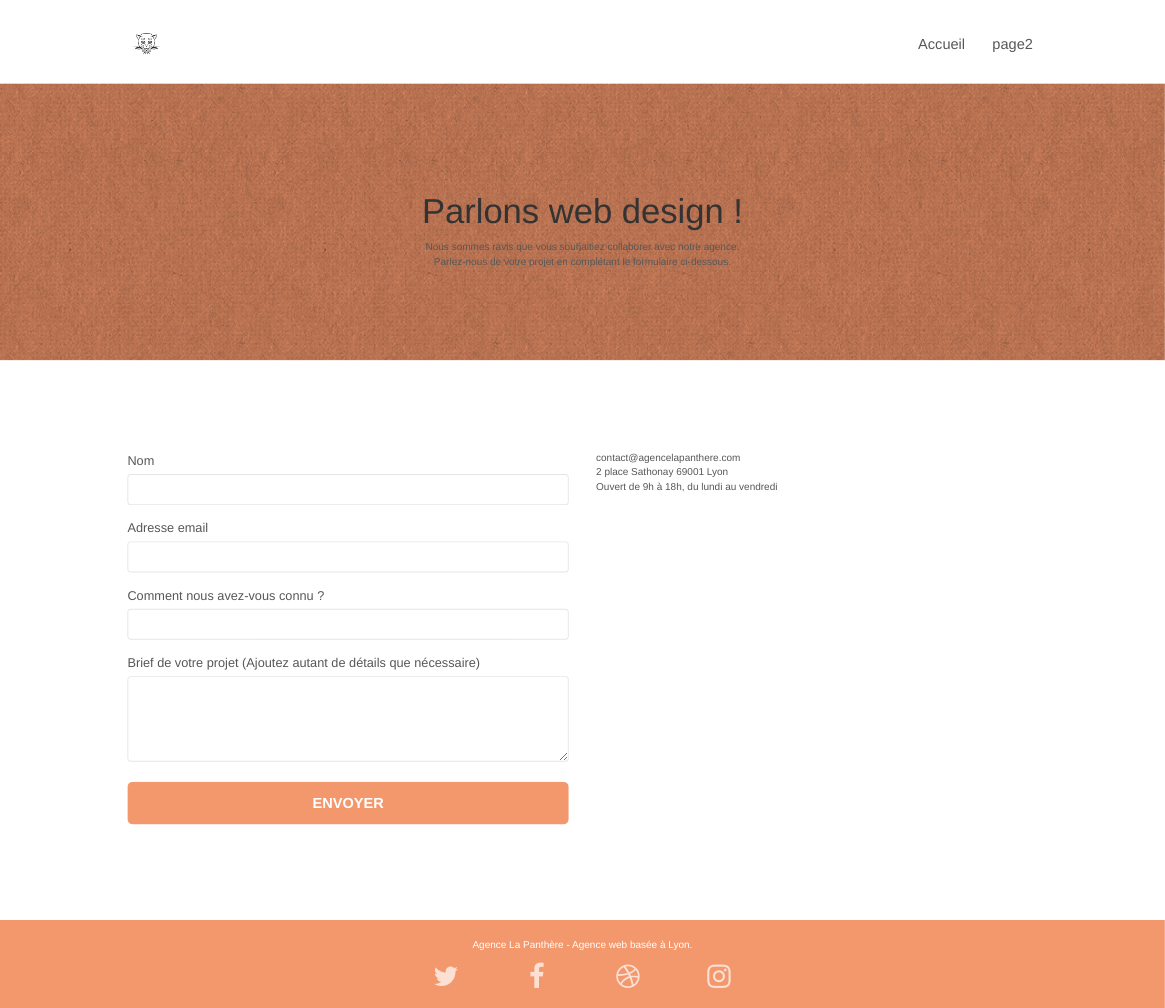
Repository: EtudianteHU/Uyarci_Hilal_4_code_012023
Page: contact.html
The author's editor kept a copy of each file at every save. The page is drawn from the files as they stood at one save, then again after the next save.
The browser window is 1280 px wide. The pictures show the whole page, at 91% of full size.

Above is the page before, as saved 2023-02-25 17:16:57.

### contact.html
<!DOCTYPE html>
<html lang="fr">
    <head>
        <meta charset="utf-8" />
        <meta name="keywords" content="" />
        <meta name="description" content="" />
        <meta
            name="viewport"
            content="width=device-width, initial-scale=1.0, viewport-fit=cover"
        />
        <link rel="shortcut icon" type="image/png" href="favicon.webp" />

        <link rel="stylesheet" type="text/css" href="./css/bootstrap.css" />
        <link rel="stylesheet" type="text/css" href="style.css" />
        <link rel="stylesheet" type="text/css" href="./css/font-awesome.css" />
        <link rel="stylesheet" type="text/css" href="./css/et-line.css" />

        <script src="./js/jquery-2.1.0.js"></script>
        <script src="./js/bootstrap.js"></script>
        <script src="./js/blocs.js"></script>
        <script src="./js/jqBootstrapValidation.js"></script>
        <script src="./js/formHandler.js"></script>
        <title>Contact - Agence la Panthère</title>

        <!-- Analytics -->

        <!-- Analytics END -->
    </head>
    <body>
        <!-- Principal conteneur -->
        <main class="page-container">
            <!-- bloc-0 -->
            <header class="bloc bgc-white l-bloc" id="bloc-0">
                <div class="container bloc-sm">
                    <nav class="navbar row">
                        <div class="navbar-header">
                            <a class="navbar-brand" href="index.html" title=""
                                ><img
                                    src="img/logo.webp"
                                    alt="atlanta web design logo"
                                    height="40"
                            /></a>
                            <button
                                id="nav-toggle"
                                type="button"
                                class="ui-navbar-toggle navbar-toggle"
                                data-toggle="collapse"
                                data-target=".navbar-1"
                                aria-pressed="true"
                            >
                                <span class="sr-only">Toggle navigation</span
                                ><span class="icon-bar"></span
                                ><span class="icon-bar"></span
                                ><span class="icon-bar"></span>
                            </button>
                        </div>
                        <div
                            class="collapse navbar-collapse navbar-1 special-dropdown-nav"
                        >
                            <ul class="site-navigation nav navbar-nav">
                                <li>
                                    <a href="index.html" title="">Accueil</a>
                                </li>
                                <li>
                                    <a href="contact.html" title="">page2</a>
                                </li>
                            </ul>
                        </div>
                    </nav>
                </div>
            </header>
            <!-- bloc-0 END -->

            <!-- bloc-6 -->
            <div
                class="bloc bg-dots-bg bg-repeat bgc-atomic-tangerine d-bloc bloc-bg-texture texture-paper"
                id="bloc-6"
            >
                <div class="container bloc-lg">
                    <div class="row">
                        <div class="col-sm-12">
                            <h1 class="text-center hero-bloc-text tc-black">
                                Parlons web design !
                            </h1>
                            <p
                                class="text-center mg-lg tc-black tight-width-whitespace"
                            >
                                Nous sommes ravis que vous souhaitiez collaborer
                                avec notre agence.<br />
                                Parlez-nous de votre projet en complétant le
                                formulaire ci-dessous.
                            </p>
                        </div>
                    </div>
                </div>
            </div>
            <!-- bloc-6 END -->

            <!-- bloc-7 -->
            <div class="bloc bgc-white l-bloc" id="bloc-7">
                <div class="container bloc-lg">
                    <div class="row">
                        <div class="col-sm-6">
                            <form
                                id="form_1"
                                target="Your message has been sent."
                                class="Sorry it seems that our mail server is not responding ,Sorry for the inconvenience!"
                            >
                                <div class="form-group">
                                    <label for="name"> Nom </label>
                                    <input
                                        id="name"
                                        class="form-control"
                                        required
                                    />
                                </div>
                                <div class="form-group">
                                    <label for="email"> Adresse email </label>
                                    <input
                                        id="email"
                                        class="form-control"
                                        type="email"
                                        required
                                    />
                                </div>
                                <div class="form-group">
                                    <label for="input_504">
                                        Comment nous avez-vous connu ?
                                    </label>
                                    <input
                                        class="form-control"
                                        type="email"
                                        required
                                        id="input_504"
                                    />
                                </div>
                                <div class="form-group">
                                    <label for="message">
                                        Brief de votre projet (Ajoutez autant de
                                        détails que nécessaire)<br /> </label
                                    ><textarea
                                        id="message"
                                        class="form-control"
                                        rows="4"
                                        cols="50"
                                        required
                                    ></textarea>
                                </div>
                                <button
                                    class="bloc-button btn btn-lg btn-block cta-hero btn-atomic-tangerine"
                                    type="submit"
                                >
                                    Envoyer
                                </button>
                            </form>
                        </div>
                        <div class="col-sm-6">
                            <p>
                                contact@agencelapanthere.com<br />2 place
                                Sathonay 69001 Lyon<br />Ouvert de 9h à 18h, du
                                lundi au vendredi<br />
                            </p>
                        </div>
                    </div>
                </div>
            </div>
            <!-- bloc-7 END -->

            <!-- ScrollToTop Button -->
            <a
                class="bloc-button btn btn-d scrollToTop"
                onclick="scrollToTarget('1')"
                title=""
                ><span class="fa fa-chevron-up"></span
            ></a>

            <!-- ScrollToTop Button END-->

            <!-- Footer - bloc-8 -->
            <footer class="bloc bgc-atomic-tangerine d-bloc" id="bloc-8">
                <div class="container bloc-sm">
                    <div class="row">
                        <div class="col-sm-12">
                            <p class="text-center white">
                                Agence La Panthère - Agence web basée à Lyon.<br />
                            </p>
                            <div class="row row-no-gutters social">
                                <div class="col-sm-3">
                                    <div class="text-center">
                                        <span
                                            class="fa fa-twitter icon-md"
                                        ></span>
                                    </div>
                                </div>
                                <div class="col-sm-3">
                                    <div class="text-center">
                                        <span
                                            class="fa fa-facebook icon-md"
                                        ></span>
                                    </div>
                                </div>
                                <div class="col-sm-3">
                                    <div class="text-center">
                                        <span
                                            class="fa fa-dribbble icon-md"
                                        ></span>
                                    </div>
                                </div>
                                <div class="col-sm-3">
                                    <div class="text-center">
                                        <span
                                            class="fa fa-instagram icon-md"
                                        ></span>
                                    </div>
                                </div>
                            </div>
                        </div>
                    </div>
                </div>
            </footer>
            <!-- Footer - bloc-8 END -->
        </main>
        <!-- Principal conteneur END -->
    </body>
</html>

### css/et-line.css
@font-face {
    font-family: et-line;
    src: url(../fonts/et-line.eot);
    src: url(../fonts/et-line.eot?#iefix) format('embedded-opentype'), url(../fonts/et-line.woff) format('woff'), url(../fonts/et-line.ttf) format('truetype'), url(../fonts/et-line.svg#et-line) format('svg');
    font-weight: 400;
    font-style: normal
}

.et-icon-adjustments,
.et-icon-alarmclock,
.et-icon-anchor,
.et-icon-aperture,
.et-icon-attachment,
.et-icon-bargraph,
.et-icon-basket,
.et-icon-beaker,
.et-icon-bike,
.et-icon-book-open,
.et-icon-briefcase,
.et-icon-browser,
.et-icon-calendar,
.et-icon-camera,
.et-icon-caution,
.et-icon-chat,
.et-icon-circle-compass,
.et-icon-clipboard,
.et-icon-clock,
.et-icon-cloud,
.et-icon-compass,
.et-icon-desktop,
.et-icon-dial,
.et-icon-document,
.et-icon-documents,
.et-icon-download,
.et-icon-dribbble,
.et-icon-edit,
.et-icon-envelope,
.et-icon-expand,
.et-icon-facebook,
.et-icon-flag,
.et-icon-focus,
.et-icon-gears,
.et-icon-genius,
.et-icon-gift,
.et-icon-global,
.et-icon-globe,
.et-icon-googleplus,
.et-icon-grid,
.et-icon-happy,
.et-icon-hazardous,
.et-icon-heart,
.et-icon-hotairballoon,
.et-icon-hourglass,
.et-icon-key,
.et-icon-laptop,
.et-icon-layers,
.et-icon-lifesaver,
.et-icon-lightbulb,
.et-icon-linegraph,
.et-icon-linkedin,
.et-icon-lock,
.et-icon-magnifying-glass,
.et-icon-map,
.et-icon-map-pin,
.et-icon-megaphone,
.et-icon-mic,
.et-icon-mobile,
.et-icon-newspaper,
.et-icon-notebook,
.et-icon-paintbrush,
.et-icon-paperclip,
.et-icon-pencil,
.et-icon-phone,
.et-icon-picture,
.et-icon-pictures,
.et-icon-piechart,
.et-icon-presentation,
.et-icon-pricetags,
.et-icon-printer,
.et-icon-profile-female,
.et-icon-profile-male,
.et-icon-puzzle,
.et-icon-quote,
.et-icon-recycle,
.et-icon-refresh,
.et-icon-ribbon,
.et-icon-rss,
.et-icon-sad,
.et-icon-scissors,
.et-icon-scope,
.et-icon-search,
.et-icon-shield,
.et-icon-speedometer,
.et-icon-strategy,
.et-icon-streetsign,
.et-icon-tablet,
.et-icon-target,
.et-icon-telescope,
.et-icon-toolbox,
.et-icon-tools,
.et-icon-tools-2,
.et-icon-trophy,
.et-icon-tumblr,
.et-icon-twitter,
.et-icon-upload,
.et-icon-video,
.et-icon-wallet,
.et-icon-wine {
    font-family: et-line;
    speak: none;
    font-style: normal;
    font-weight: 400;
    font-variant: normal;
    text-transform: none;
    line-height: 1;
    -webkit-font-smoothing: antialiased;
    -moz-osx-font-smoothing: grayscale;
    display: inline-block
}

.et-icon-mobile:before {
    content: "\e000"
}

.et-icon-laptop:before {
    content: "\e001"
}

.et-icon-desktop:before {
    content: "\e002"
}

.et-icon-tablet:before {
    content: "\e003"
}

.et-icon-phone:before {
    content: "\e004"
}

.et-icon-document:before {
    content: "\e005"
}

.et-icon-documents:before {
    content: "\e006"
}

.et-icon-search:before {
    content: "\e007"
}

.et-icon-clipboard:before {
    content: "\e008"
}

.et-icon-newspaper:before {
    content: "\e009"
}

.et-icon-notebook:before {
    content: "\e00a"
}

.et-icon-book-open:before {
    content: "\e00b"
}

.et-icon-browser:before {
    content: "\e00c"
}

.et-icon-calendar:before {
    content: "\e00d"
}

.et-icon-presentation:before {
    content: "\e00e"
}

.et-icon-picture:before {
    content: "\e00f"
}

.et-icon-pictures:before {
    content: "\e010"
}

.et-icon-video:before {
    content: "\e011"
}

.et-icon-camera:before {
    content: "\e012"
}

.et-icon-printer:before {
    content: "\e013"
}

.et-icon-toolbox:before {
    content: "\e014"
}

.et-icon-briefcase:before {
    content: "\e015"
}

.et-icon-wallet:before {
    content: "\e016"
}

.et-icon-gift:before {
    content: "\e017"
}

.et-icon-bargraph:before {
    content: "\e018"
}

.et-icon-grid:before {
    content: "\e019"
}

.et-icon-expand:before {
    content: "\e01a"
}

.et-icon-focus:before {
    content: "\e01b"
}

.et-icon-edit:before {
    content: "\e01c"
}

.et-icon-adjustments:before {
    content: "\e01d"
}

.et-icon-ribbon:before {
    content: "\e01e"
}

.et-icon-hourglass:before {
    content: "\e01f"
}

.et-icon-lock:before {
    content: "\e020"
}

.et-icon-megaphone:before {
    content: "\e021"
}

.et-icon-shield:before {
    content: "\e022"
}

.et-icon-trophy:before {
    content: "\e023"
}

.et-icon-flag:before {
    content: "\e024"
}

.et-icon-map:before {
    content: "\e025"
}

.et-icon-puzzle:before {
    content: "\e026"
}

.et-icon-basket:before {
    content: "\e027"
}

.et-icon-envelope:before {
    content: "\e028"
}

.et-icon-streetsign:before {
    content: "\e029"
}

.et-icon-telescope:before {
    content: "\e02a"
}

.et-icon-gears:before {
    content: "\e02b"
}

.et-icon-key:before {
    content: "\e02c"
}

.et-icon-paperclip:before {
    content: "\e02d"
}

.et-icon-attachment:before {
    content: "\e02e"
}

.et-icon-pricetags:before {
    content: "\e02f"
}

.et-icon-lightbulb:before {
    content: "\e030"
}

.et-icon-layers:before {
    content: "\e031"
}

.et-icon-pencil:before {
    content: "\e032"
}

.et-icon-tools:before {
    content: "\e033"
}

.et-icon-tools-2:before {
    content: "\e034"
}

.et-icon-scissors:before {
    content: "\e035"
}

.et-icon-paintbrush:before {
    content: "\e036"
}

.et-icon-magnifying-glass:before {
    content: "\e037"
}

.et-icon-circle-compass:before {
    content: "\e038"
}

.et-icon-linegraph:before {
    content: "\e039"
}

.et-icon-mic:before {
    content: "\e03a"
}

.et-icon-strategy:before {
    content: "\e03b"
}

.et-icon-beaker:before {
    content: "\e03c"
}

.et-icon-caution:before {
    content: "\e03d"
}

.et-icon-recycle:before {
    content: "\e03e"
}

.et-icon-anchor:before {
    content: "\e03f"
}

.et-icon-profile-male:before {
    content: "\e040"
}

.et-icon-profile-female:before {
    content: "\e041"
}

.et-icon-bike:before {
    content: "\e042"
}

.et-icon-wine:before {
    content: "\e043"
}

.et-icon-hotairballoon:before {
    content: "\e044"
}

.et-icon-globe:before {
    content: "\e045"
}

.et-icon-genius:before {
    content: "\e046"
}

.et-icon-map-pin:before {
    content: "\e047"
}

.et-icon-dial:before {
    content: "\e048"
}

.et-icon-chat:before {
    content: "\e049"
}

.et-icon-heart:before {
    content: "\e04a"
}

.et-icon-cloud:before {
    content: "\e04b"
}

.et-icon-upload:before {
    content: "\e04c"
}

.et-icon-download:before {
    content: "\e04d"
}

.et-icon-target:before {
    content: "\e04e"
}

.et-icon-hazardous:before {
    content: "\e04f"
}

.et-icon-piechart:before {
    content: "\e050"
}

.et-icon-speedometer:before {
    content: "\e051"
}

.et-icon-global:before {
    content: "\e052"
}

.et-icon-compass:before {
    content: "\e053"
}

.et-icon-lifesaver:before {
    content: "\e054"
}

.et-icon-clock:before {
    content: "\e055"
}

.et-icon-aperture:before {
    content: "\e056"
}

.et-icon-quote:before {
    content: "\e057"
}

.et-icon-scope:before {
    content: "\e058"
}

.et-icon-alarmclock:before {
    content: "\e059"
}

.et-icon-refresh:before {
    content: "\e05a"
}

.et-icon-happy:before {
    content: "\e05b"
}

.et-icon-sad:before {
    content: "\e05c"
}

.et-icon-facebook:before {
    content: "\e05d"
}

.et-icon-twitter:before {
    content: "\e05e"
}

.et-icon-googleplus:before {
    content: "\e05f"
}

.et-icon-rss:before {
    content: "\e060"
}

.et-icon-tumblr:before {
    content: "\e061"
}

.et-icon-linkedin:before {
    content: "\e062"
}

.et-icon-dribbble:before {
    content: "\e063"
}

Loaded but not shown: css/bootstrap.css (library); css/font-awesome.css (library); js/jquery-2.1.0.js (library); js/bootstrap.js (library); js/blocs.js (library); css/bootstrap.min.css (library); css/font-awesome.min.css (library); css/et-line.min.css (library); js/jquery-2.1.0.min.js (library); js/bootstrap.min.js (library); js/blocs.min.js (library); js/jqBootstrapValidation.min.js (library); js/formHandler.min.js (common file); js/jqBootstrapValidation.js (912 lines, source omitted); js/formHandler.js (82 lines, source omitted); style.css (1044 lines, source omitted); style.min.css (no stored copy; drawn as an empty file)

After the next save:
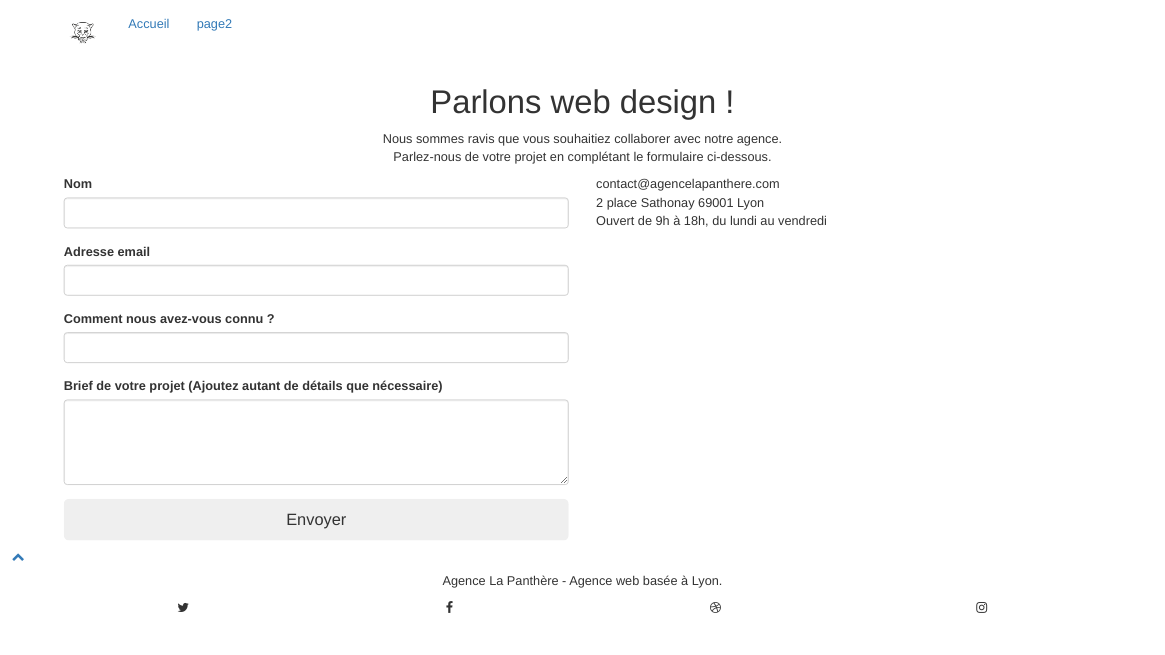
Console error: TypeError: Cannot read properties of undefined (reading 'documentElement')
Saved 5 min 55 s later.
--- a/contact.html
+++ b/contact.html
@@ -10,16 +10,20 @@
         />
         <link rel="shortcut icon" type="image/png" href="favicon.webp" />
 
-        <link rel="stylesheet" type="text/css" href="./css/bootstrap.css" />
-        <link rel="stylesheet" type="text/css" href="style.css" />
-        <link rel="stylesheet" type="text/css" href="./css/font-awesome.css" />
-        <link rel="stylesheet" type="text/css" href="./css/et-line.css" />
-
-        <script src="./js/jquery-2.1.0.js"></script>
-        <script src="./js/bootstrap.js"></script>
-        <script src="./js/blocs.js"></script>
-        <script src="./js/jqBootstrapValidation.js"></script>
-        <script src="./js/formHandler.js"></script>
+        <link rel="stylesheet" type="text/css" href="./css/bootstrap.min.css" />
+        <link rel="stylesheet" type="text/css" href="style.min.css" />
+        <link
+            rel="stylesheet"
+            type="text/css"
+            href="./css/font-awesome.min.css"
+        />
+        <link rel="stylesheet" type="text/css" href="./css/et-line.min.css" />
+
+        <script src="./js/jquery-2.1.0.min.js"></script>
+        <script src="./js/bootstrap.min.js"></script>
+        <script src="./js/blocs.min.js"></script>
+        <script src="./js/jqBootstrapValidation.min.js"></script>
+        <script src="./js/formHandler.min.js"></script>
         <title>Contact - Agence la Panthère</title>
 
         <!-- Analytics -->
